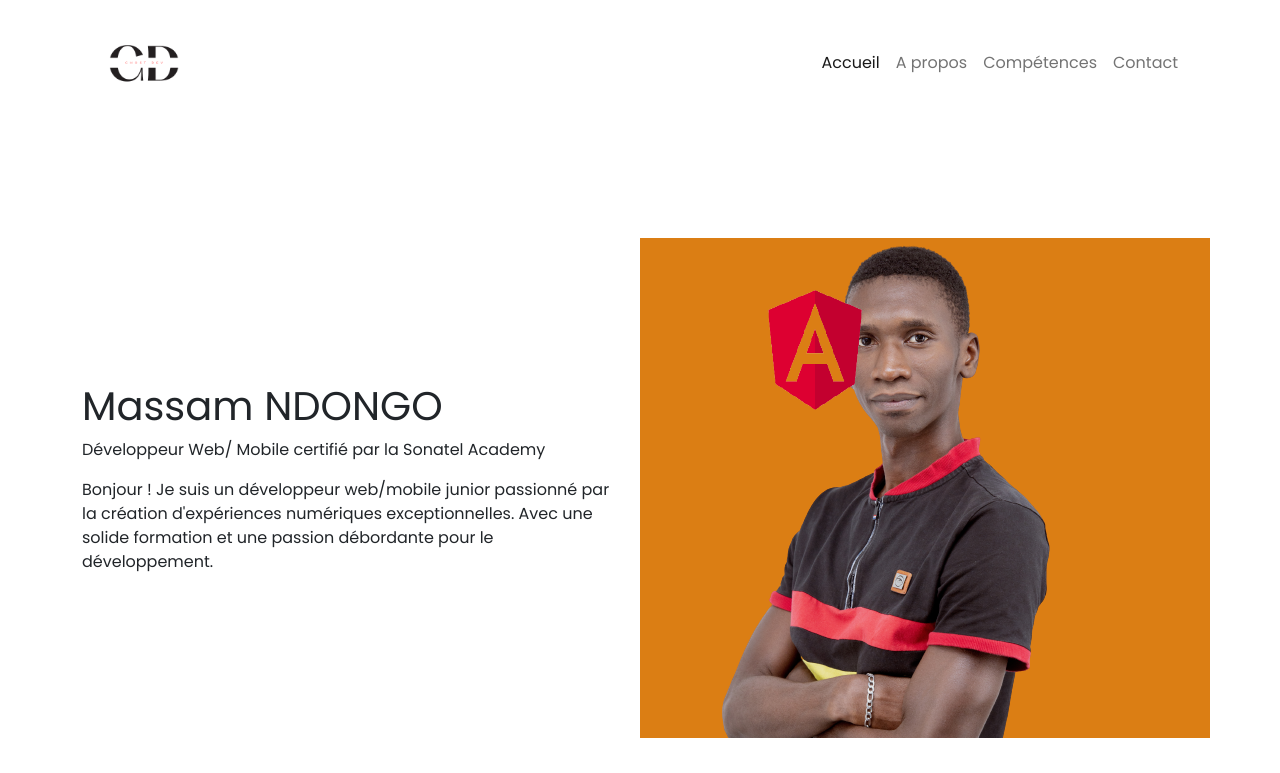
Repository: massndongo/portfolio1
Page: index.html
An editor plug-in stored every save of this project. The page is shown before and after a run of saves, followed by the edit.
The browser window is 1280 px wide. The pictures show the part of the page from y = 0 to 773 px (the page is 2111 px tall).
A picture or video elsewhere on the page could not be fetched, so the positions and the page height are approximate.

Above is the page before, as saved 2023-05-29 19:01:31.

### index.html
<!DOCTYPE html>
<html>
<head>
    <meta charset='utf-8'>
    <meta http-equiv='X-UA-Compatible' content='IE=edge'>
    <title>Portfolio Massam NDONGO</title>
    <meta name='viewport' content='width=device-width, initial-scale=1'>
    <link rel="stylesheet" href="https://cdn.jsdelivr.net/npm/bootstrap@5.2.3/dist/css/bootstrap.min.css" integrity="sha384-rbsA2VBKQhggwzxH7pPCaAqO46MgnOM80zW1RWuH61DGLwZJEdK2Kadq2F9CUG65" crossorigin="anonymous">
    <link rel="stylesheet" href="./assets/css/main.css">
</head>
<body>
    <div class="container">

        <!-- navbar -->
        <nav class="navbar navbar-expand-lg bg-body-tertiary container">
            <div class="container-fluid">
              <a class="navbar-brand" href="#"><img class="img-thumbnail border-0" width="100px" height="100px" src="./assets/images/logo.png" alt="" srcset=""></a>
              <button class="navbar-toggler" type="button" data-bs-toggle="collapse" data-bs-target="#navbarText" aria-controls="navbarText" aria-expanded="false" aria-label="Toggle navigation">
                <span class="navbar-toggler-icon"></span>
              </button>
              <div class="collapse navbar-collapse d-flex flex-row justify-content-end" id="navbarText">
                <div>
                    <ul class="navbar-nav me-auto mb-2 mb-lg-0">
                      <li class="nav-item">
                        <a class="nav-link active" aria-current="page" href="#">Accueil</a>
                      </li>
                      <li class="nav-item">
                        <a class="nav-link" href="#propos" onclick="scrollToSection('propos')">A propos</a>
                      </li>
                      <li class="nav-item">
                        <a class="nav-link" href="#skills" onclick="scrollToSection('skills')">Compétences</a>
                      </li>
                      <li class="nav-item">
                        <a class="nav-link" href="#contact" onclick="scrollToSection('contact')">Contact</a>
                      </li>
                    </ul>
                </div>
              </div>
            </div>
        </nav>
        <!-- End Navbar -->
        <div id="back-to-top">↑</div>

        <div class="contenu">

            <div class="propos d-flex row flex-row justify-content-center" id="propos">
                <div class="col-lg-6 col-md-12 mb-1 align-middle text-start d-flex flex-column justify-content-center animated-text">
                    <h1 class="">Massam NDONGO</h1>
                    <p class="">Développeur Web/ Mobile certifié par la Sonatel Academy</p>
                    <p>
                        Bonjour ! Je suis un développeur web/mobile junior passionné par la création d'expériences numériques exceptionnelles.
                        Avec une solide formation et une passion débordante pour le développement.

                    </p>
                </div>
                <div class="col-lg-6 col-md-12 profil">
                    <img src="./assets/images/os-projects-angular_thumbnail-removebg-preview.png" width="300px" height="200px" class="angular"  alt="" srcset="">
                    <img src="./assets/images/mass.png" class="border-0 animated-text" alt="" srcset="">
                </div>
            </div>

            <div class="skills d-flex row flex-row justify-content-center" id="skills">
                <h1 class="text-center m-4 mt-4 text-decoration-underline">Compétences</h1>
                <div class="card m-4" style="width: 18rem;">
                    <img src="./assets/images/angular.png" class="card-img-top" alt="...">
                    <div class="card-body">
                      <p class="card-text">Some quick example text to build on the card title and make up the bulk of the card's content.</p>
                    </div>
                </div>
                <div class="card m-4" style="width: 18rem;">
                    <img src="./assets/images/symfony.png" class="card-img-top" alt="...">
                    <div class="card-body">
                      <p class="card-text">Some quick example text to build on the card title and make up the bulk of the card's content.</p>
                    </div>
                </div>
                <div class="card m-4" style="width: 18rem;">
                    <img src="./assets/images/ionic.webp" class="card-img-top" alt="...">
                    <div class="card-body">
                      <p class="card-text">Some quick example text to build on the card title and make up the bulk of the card's content.</p>
                    </div>
                </div>
                <div class="card m-4" style="width: 18rem;">
                    <img src="./assets/images/laravel.png" class="card-img-top" alt="...">
                    <div class="card-body">
                      <p class="card-text">Some quick example text to build on the card title and make up the bulk of the card's content.</p>
                    </div>
                </div>
                <div class="card m-4" style="width: 18rem;">
                    <img src="./assets/images/angular.png" class="card-img-top" alt="...">
                    <div class="card-body">
                      <p class="card-text">Some quick example text to build on the card title and make up the bulk of the card's content.</p>
                    </div>
                </div>
                <div class="card m-4" style="width: 18rem;">
                    <img src="./assets/images/angular.png" class="card-img-top" alt="...">
                    <div class="card-body">
                      <p class="card-text">Some quick example text to build on the card title and make up the bulk of the card's content.</p>
                    </div>
                </div>
                <div class="card m-4" style="width: 18rem;">
                    <img src="./assets/images/angular.png" class="card-img-top" alt="...">
                    <div class="card-body">
                      <p class="card-text">Some quick example text to build on the card title and make up the bulk of the card's content.</p>
                    </div>
                </div>
            </div>

            <div class="projets img-thumbnail bg-black">
                Lorem ipsum dolor sit amet consectetur adipisicing elit. Facere soluta nam sequi et quia officia, ratione dolore nisi ex necessitatibus ipsam dolor. Eveniet corporis voluptas similique hic omnis, maiores necessitatibus.
            </div>

            <div class="contact img-thumbnail bg-danger" id="contact">
                Lorem ipsum dolor sit amet consectetur adipisicing elit. Saepe consequatur porro numquam? Blanditiis harum consectetur, illum eligendi id dolorem mollitia velit neque? Cum itaque ipsum, ipsam autem saepe iure numquam!
                Quod incidunt quaerat exercitationem iusto perferendis architecto enim officia repellendus itaque dolorem animi, consectetur omnis quasi rerum voluptatum distinctio est deserunt harum porro neque quidem. Soluta itaque ullam repellat fugit?

            </div>
        </div>


        <footer></footer>

    </div>


    <!-- script -->
    <script src="https://cdn.jsdelivr.net/npm/bootstrap@5.2.3/dist/js/bootstrap.min.js" integrity="sha384-cuYeSxntonz0PPNlHhBs68uyIAVpIIOZZ5JqeqvYYIcEL727kskC66kF92t6Xl2V" crossorigin="anonymous"></script>
    <script src="https://cdn.jsdelivr.net/npm/bootstrap@5.2.3/dist/js/bootstrap.bundle.min.js" integrity="sha384-kenU1KFdBIe4zVF0s0G1M5b4hcpxyD9F7jL+jjXkk+Q2h455rYXK/7HAuoJl+0I4" crossorigin="anonymous"></script>
    <script src='./assets/js/main.js'></script>
</body>
</html>

### assets/css/main.css
@font-face {
    font-family: 'Poppins Regular';
    src: url('../fonts/poppins/Poppins-Regular.ttf') format('truetype');
  }

  /* Utilisation de la police */
  body {
    font-family: 'Poppins Regular', sans-serif;
  }

.contenu {
    margin-top: 10%;
}

.animated-text {
    animation: fade-in-out 4s normal;
    }

    @keyframes fade-in-out {
    0% {
        opacity: 1;
    }
    50% {
        opacity: 0;
    }
    100% {
        opacity: 1;
    }
}


#back-to-top {
    display: none;
    position: fixed;
    bottom: 20px;
    right: 20px;
    width: 40px;
    height: 40px;
    background-color: #ccc;
    border-radius: 50%;
    text-align: center;
    line-height: 40px;
    cursor: pointer;
  }

.skills {
    margin-top: 5%;
}
.profil {
    background-color: #db7e14;
}
.angular {
    position: absolute;
    margin: 1%;
}

### assets/js/main.js
  // Sélectionnez tous les liens de la navbar avec la classe "nav-link"
  var navLinks = document.querySelectorAll('.nav-link');

  // Parcourez tous les liens et ajoutez un gestionnaire d'événement pour le clic
  navLinks.forEach(function(link) {
    link.addEventListener('click', function(event) {
      event.preventDefault(); // Empêche le comportement par défaut du navigateur
      var target = this.getAttribute('href'); // Récupère l'attribut href du lien
      scrollToSection(target); // Appelle la fonction de défilement vers la section cible
    });
  });

  // Fonction pour déplacer l'utilisateur vers une section spécifique
  function scrollToSection(sectionId) {
    var section = document.querySelector(sectionId);
    if (section) {
      section.scrollIntoView({ behavior: 'smooth' });
    }
  }


  var backToTopBtn = document.getElementById("back-to-top");

  // Afficher ou masquer le bouton en fonction du défilement de la page
  window.addEventListener("scroll", function() {
    if (window.pageYOffset > 100) {
      backToTopBtn.style.display = "block";
    } else {
      backToTopBtn.style.display = "none";
    }
  });

  // Faire défiler vers le haut de la page lorsque le bouton est cliqué
  backToTopBtn.addEventListener("click", function() {
    window.scrollTo({
      top: 0,
      behavior: "smooth"
    });
  });

After the next 2 saves:
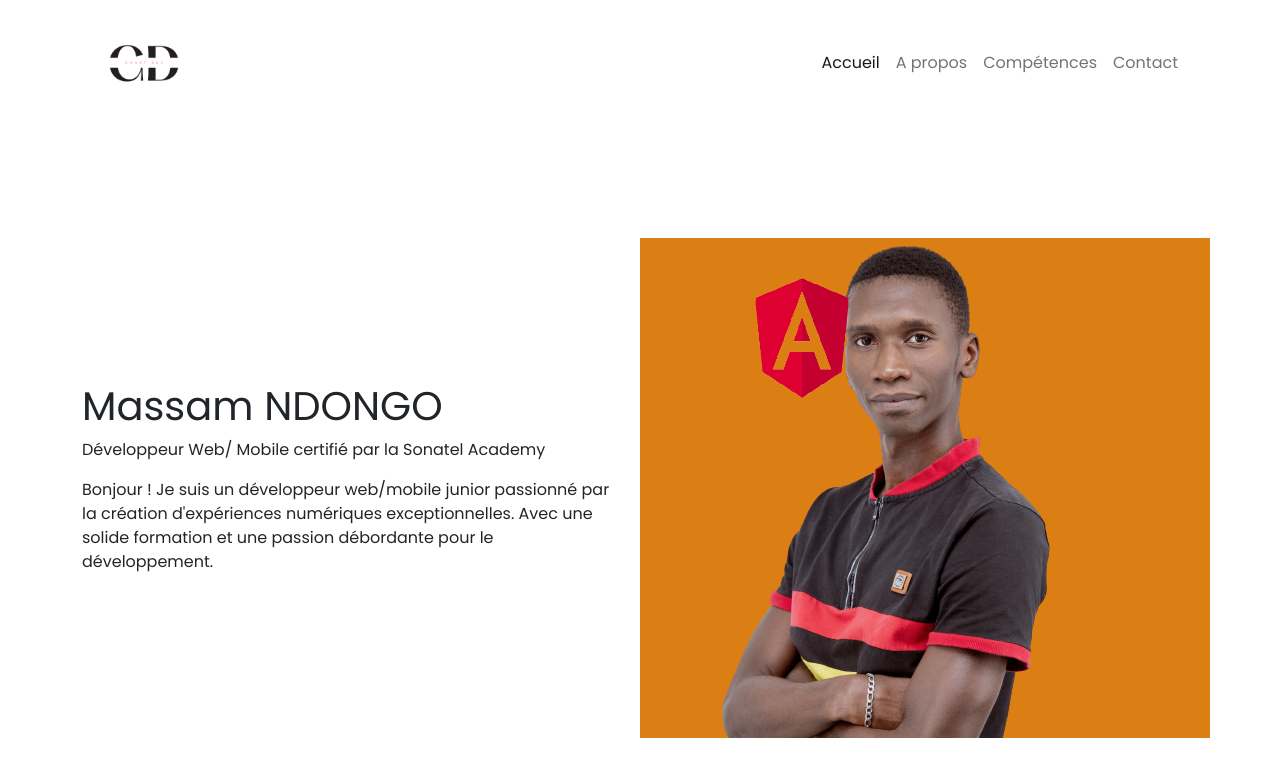
The 2 saves are shown as one change because they came seconds apart.
The last was saved 20 s later.
--- a/assets/css/main.css
+++ b/assets/css/main.css
@@ -51,5 +51,5 @@
 }
 .angular {
     position: absolute;
-    margin: 1%;
+    margin-right: 1%;
 }
